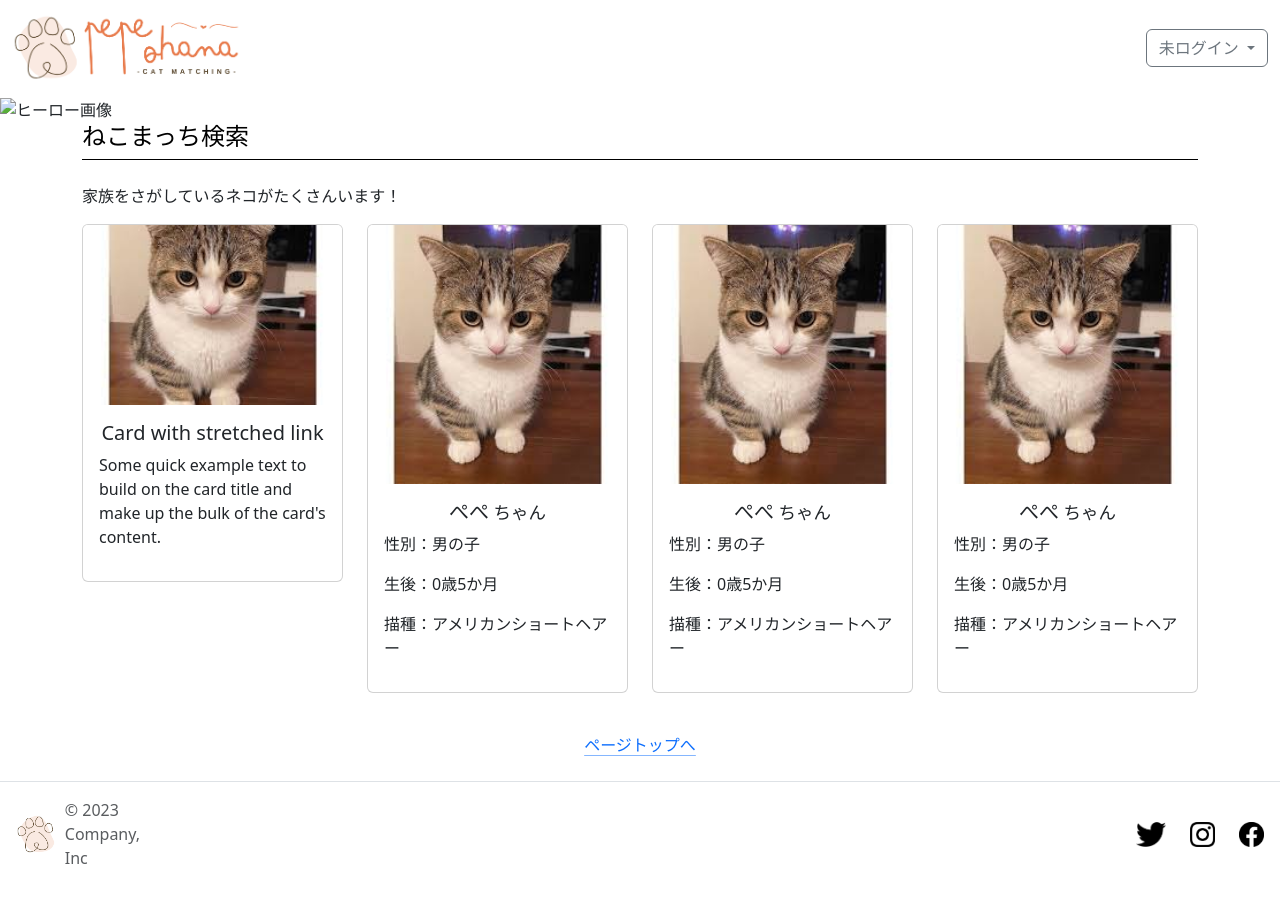
Repository: sakuwell/pepe
Page: http://localhost/PepeOhana/
These files come from the project's save history. The page is drawn as it stood at one moment and after the next save; the edit follows.
The browser window is 1280 px wide. The pictures show the whole page.
The page is served by Tomcat 9.

Above is the page before, as saved 2023-09-06 01:56:38.

After the next save:
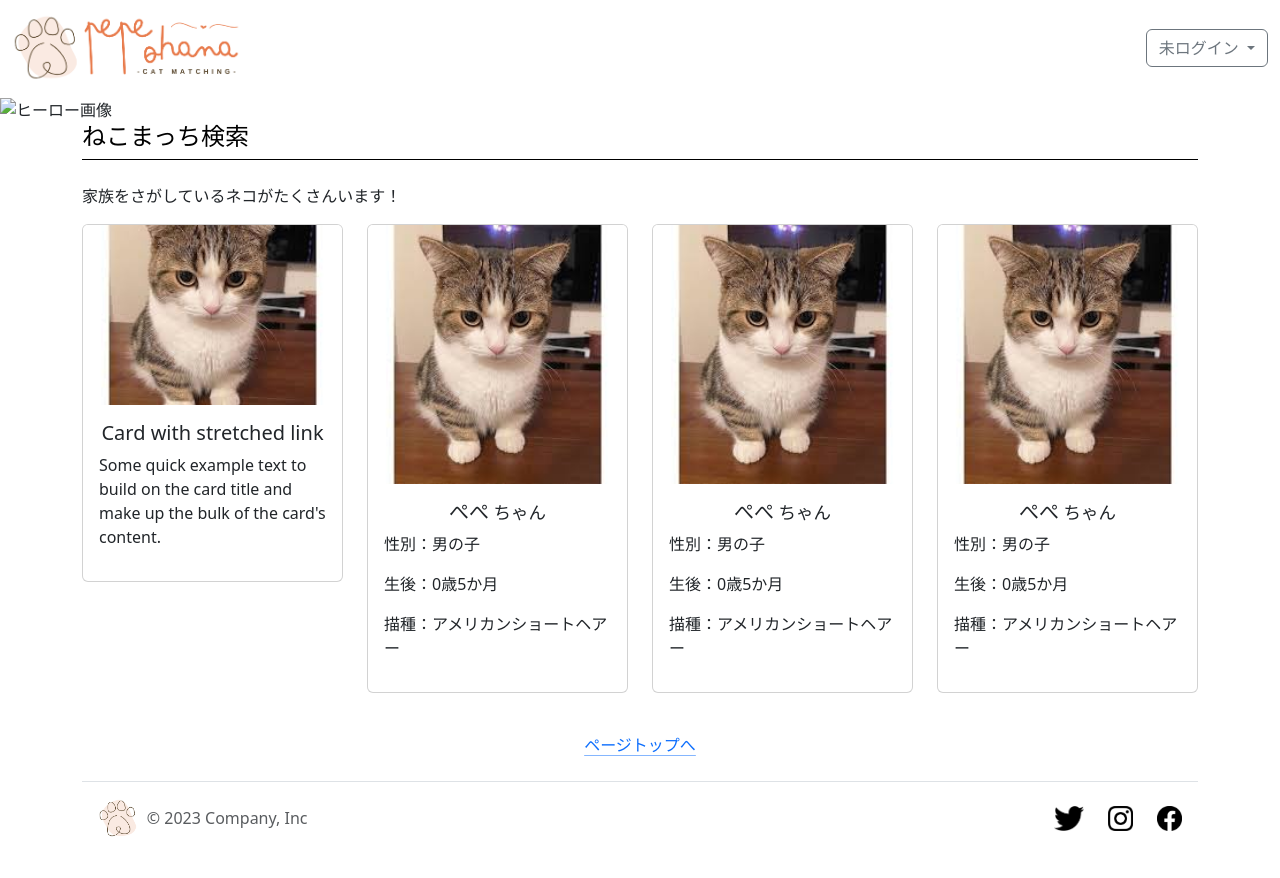
Saved 4 min 51 s later.
--- a/ExWorkSpace/PepeOhana/src/main/webapp/index.jsp
+++ b/ExWorkSpace/PepeOhana/src/main/webapp/index.jsp
@@ -151,21 +151,20 @@
         <a class="icon-link icon-link-hover" href="#">
             ページトップへ
         </a>
-    </div>
-    <footer class="d-flex flex-wrap justify-content-between align-items-center py-3 my-4 border-top">
-        <div class="row">
-	        <div class="col-md-4 d-flex align-items-center ms-3">
+	</div>
+   	<div class="container">
+		<footer class="d-flex flex-wrap justify-content-between align-items-center py-3 my-4 border-top">
+	    	<div class="col-md-4 d-flex align-items-center ms-3">
 	        	<a href="#" class="mb-3 me-2 mb-md-0"><img alt="ロゴ画像" src="images/nikukyu_logo.png" width="auto" height="40"></a>
 	          	<span class="mb-3 mb-md-0 text-body-secondary">© 2023 Company, Inc</span>
 	        </div>
-	   		</div>
 	        <ul class="nav col-md-4 justify-content-end list-unstyled d-flex me-3">
 	            <li><a href="#"><img src=images/twitter_logo.png width="auto" height="25"></a></li>
 	            <li class="ms-4"><a href="#"><img src=images/insta_logo.png width="auto" height="25"></a></li>
 	            <li class="ms-4"><a href="#"><img src=images/facebook_logo.png width="auto" height="25"></a></li>
 	        </ul>
-        </div>
-    </footer>
+		</footer>
+	</div>
     <!-- フッター　ここまで -->
 
 </body>
